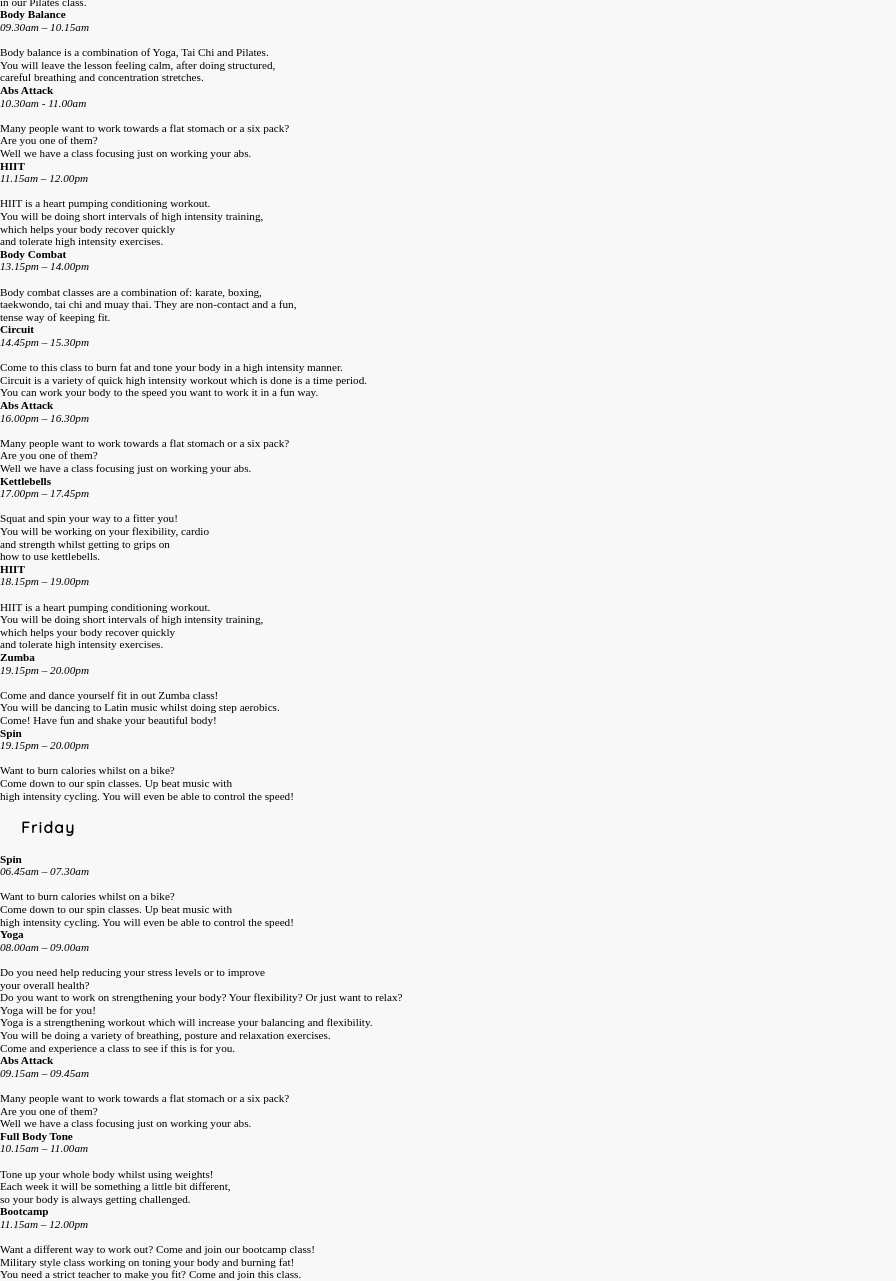
Repository: RicardoAzuul/the_fitness_hub
Page: full_class_details.html
The author's editor kept a record of every edit. The page is drawn from the files as they stood at one moment, then again after the next edit.
The browser window is 1280 px wide. The pictures show the part of the page from y = 4536 to 6456 px (the page is 6366 px tall before and 6456 px after), at 70% of full size.
Some web fonts or font styles are not loaded; a fallback is used.

Above is the page before.

### full_class_details.html
<!DOCTYPE html>
<html>
    <head>
        <meta charset="UTF-8">
        <meta name="viewport" content="width=device-width, initial-scale=1.0">
        <meta http-equiv="X-UA-Compatible" content="ie=edge">
        <title>The Fitness Hub</title>
        <link rel="stylesheet" href="https://cdnjs.cloudflare.com/ajax/libs/font-awesome/4.7.0/css/font-awesome.min.css">
        <link rel="stylesheet" href="css/style.css" type="text/css">
        <link href="https://fonts.googleapis.com/css?family=Livvic&display=swap" rel="stylesheet">
        <link href="https://fonts.googleapis.com/css?family=Quicksand&display=swap" rel="stylesheet">
        <link href="https://fonts.googleapis.com/css?family=Turret+Road&display=swap" rel="stylesheet">
    </head>
    <body>
      <h2 class="full_title"> Full Class Timetable!</h2>


      <h3 class="day">Monday</h3>
      <div class="table_structure">
      <div class="full_class">
          <b>Pilates</b><br>
          <em>06.15am – 07.15am</em><br><br>
          Tone the body and mind by using<br>
          controlled movement and breathing exercises<br>
          in our Pilates class.
      </div>

      <div class="full_class">
          <b>Body Balance</b><br>
          <em>07.45am – 08.30am</em><br><br>
          Body balance is a combination of Yoga, Tai Chi and Pilates.<br>
         You will leave the lesson feeling calm, after doing structured,<br>
         careful breathing and concentration stretches.
      </div>

        <div class="full_class">
          <b>HIIT</b><br>
          <em>09.00am – 09.45am</em><br><br>
          HIIT is a heart pumping conditioning workout.<br>
          You will be doing short intervals of high intensity training,<br>
          which helps your body recover quickly<br>
          and tolerate high intensity exercises.
        </div>

        <div class="full_class">
          <b>Spin</b><br>
          <em>10.15am – 11.00am</em><br><br>
         Want to burn calories whilst on a bike?<br>
         Come down to our spin classes. Up beat music with<br>
         high intensity cycling. You will even be able to control the speed!
        </div>

        <div class="full_class">
          <b>Body Combat</b><br>
          <em>11.10am – 11.55am</em><br><br>
          Body combat classes are a combination of: karate, boxing,<br>
          taekwondo, tai chi and muay thai. They are non-contact and a fun,<br>
          tense way of keeping fit.
        </div>

        <div class="full_class">
          <b>Kettlebells</b><br>
          <em>12.00pm – 12.45pm</em><br><br>
          Squat and spin your way to a fitter you!<br>
          You will be working on your flexibility, cardio<br>
          and strength whilst getting to grips on<br>
          how to use kettlebells.<br>
        </div>

        <div class="full_class_2">
          <b>Yoga</b><br>
          <em>14.00pm – 15.00pm</em><br><br>
          Do you need help reducing your stress levels or to improve<br>
          your overall health?<br>
          Do you want to work on strengthening your body? Your flexibility? Or just want to relax?<br>
          Yoga will be for you!<br>
          Yoga is a strengthening workout which will increase your balancing and flexibility.<br>
          You will be doing a variety of breathing, posture and relaxation exercises.<br>
          Come and experience a class to see if this is for you.
          </div>

          <div class="full_class">
          <b>Full Body Tone</b><br>
          <em>15.05pm – 15.50pm</em><br><br>
          Tone up your whole body whilst using weights!<br>
          Each week it will be something a little bit different,<br>
          so your body is always getting challenged.
          </div>

          <div class="full_class">
          <b>Body Combat</b><br>
          <em>16.00pm – 16.45pm</em><br><br>
          Body combat classes are a combination of: karate, boxing,<br>
          taekwondo, tai chi and muay thai. They are non-contact and a fun,<br>
          tense way of keeping fit.
          </div>

          <div class="full_class">
          <b>Abs Attack</b><br>
          <em>17.30pm – 18.00pm</em><br><br>
          Many people want to work towards a flat stomach or a six pack?<br>
          Are you one of them?<br>
          Well we have a class focusing just on working your abs.<br>
          </div>

          <div class="full_class">
          <b>Spin</b><br>
          <em>18.30pm – 19.15pm</em><br><br>
         Want to burn calories whilst on a bike?<br>
         Come down to our spin classes. Up beat music with<br>
         high intensity cycling. You will even be able to control the speed!
        </div>

        <div class="full_class">
          <b>Zumba</b><br>
          <em>19.30pm – 20.15pm</em><br><br>
         Come and dance yourself fit in out Zumba class!<br>
         You will be dancing to Latin music whilst doing step aerobics.<br>
         Come! Have fun and shake your beautiful body!<br>
       </div>
      </div>

      <h3 class="day">Tuesday</h3>
      <div class="table_structure">
      <div class="full_class">
          <b>Bootcamp</b><br>
          <em>06.30am – 07.15am</em><br><br>
         Want a different way to work out? Come and join our bootcamp class!<br>
         Military style class working on toning your body and burning fat!<br>
         You need a strict teacher to make you fit? Come and join this class.<br>
       </div>

       <div class="full_class">
          <b>HIIT</b><br>
          <em>09.00am – 09.45am</em><br><br>
          HIIT is a heart pumping conditioning workout.<br>
          You will be doing short intervals of high intensity training,<br>
          which helps your body recover quickly<br>
          and tolerate high intensity exercises.
        </div>

        <div class="full_class">
          <b>Pilates</b><br>
          <em>10.15am – 11.00am</em><br><br>
          Tone the body and mind by using<br>
          controlled movement and breathing exercises<br>
          in our Pilates class.
      </div>

      <div class="full_class_3">
          <b>LBT</b><br>
          <em>11.15am – 12.00pm</em><br><br>
          Working on your legs, bum and tum seems to be very popular these days,<br>
          so we have decided to do a class where you can work all three!<br>
           I know who wouldn’t love this!<br>
           Come to our class to have fun whilst working on your legs,<br>
           booty and tum!<br>
       </div>

       <div class="full_class">
          <b>Body Pump</b><br>
          <em>13.00pm – 13.45pm</em><br><br>
           Do you want to gain strength, burn fat and tone up?<br>
           Come and join our body pump classes!<br>
           You will be working out in a fast upbeat class whilst using weights.<br>
       </div>

       <div class="full_class">
          <b>Full Body Tone</b><br>
          <em>14.00pm – 14.45pm</em><br><br>
          Tone up your whole body whilst using weights!<br>
          Each week it will be something a little bit different,<br>
          so your body is always getting challenged.
          </div>

          <div class="full_class">
          <b>Zumba</b><br>
          <em>15.00pm – 15.45pm</em><br><br>
         Come and dance yourself fit in out Zumba class!<br>
         You will be dancing to Latin music whilst doing step aerobics.<br>
         Come! Have fun and shake your beautiful body!<br>
       </div>

       <div class="full_class">
          <b>Body Balance</b><br>
          <em>16.00pm – 16.45pm</em><br><br>
          Body balance is a combination of Yoga, Tai Chi and Pilates.<br>
         You will leave the lesson feeling calm, after doing structured,<br>
         careful breathing and concentration stretches.
      </div>

      <div class="full_class_3">
          <b>LBT</b><br>
          <em>17.15pm – 18.00pm</em><br><br>
          Working on your legs, bum and tum seems to be very popular these days,<br>
          so we have decided to do a class where you can work all three!<br>
           I know who wouldn’t love this!<br>
           Come to our class to have fun whilst working on your legs,<br>
           booty and tum!<br>
       </div>

       <div class="full_class">
          <b>Body Attack</b><br>
          <em>18.15pm – 19.00pm</em><br><br>
          Come to our whole body workout to burn calories and tone you into shape!<br>
          This will improve your stamina as well as your coordination.
       </div>

       <div class="full_class">
          <b>Spin</b><br>
          <em>19.15pm – 20.00pm</em><br><br>
         Want to burn calories whilst on a bike?<br>
         Come down to our spin classes. Up beat music with<br>
         high intensity cycling. You will even be able to control the speed!
        </div>
        </div>

        <h3 class="day">Wednesday</h3>
        <div class="table_structure">
          <div class="full_class_2">
          <b>Yoga</b><br>
          <em>06.15am – 07.15am</em><br><br>
          Do you need help reducing your stress levels or to improve<br>
          your overall health?<br>
          Do you want to work on strengthening your body? Your flexibility? Or just want to relax?<br>
          Yoga will be for you!<br>
          Yoga is a strengthening workout which will increase your balancing and flexibility.<br>
          You will be doing a variety of breathing, posture and relaxation exercises.<br>
          Come and experience a class to see if this is for you.
          </div>

          <div class="full_class">
          <b>Body Pump</b><br>
          <em>07.30am – 08.15am</em><br><br>
           Do you want to gain strength, burn fat and tone up?<br>
           Come and join our body pump classes!<br>
           You will be working out in a fast upbeat class whilst using weights.<br>
       </div>

       <div class="full_class">
          <b>Bootcamp</b><br>
          <em>08.45am – 09.30am</em><br><br>
         Want a different way to work out? Come and join our bootcamp class!<br>
         Military style class working on toning your body and burning fat!<br>
         You need a strict teacher to make you fit? Come and join this class.<br>
       </div>

       <div class="full_class">
          <b>Body Attack</b><br>
          <em>10.30am – 11.15am</em><br><br>
          Come to our whole body workout to burn calories and tone you into shape!<br>
          This will improve your stamina as well as your coordination.
       </div>

       <div class="full_class">
          <b>Circuit</b><br>
          <em>11.30am – 12.15pm</em><br><br>
          Come to this class to burn fat and tone your body in a high intensity manner.<br>
          Circuit is a variety of quick high intensity workout which is done is a time period.<br>
          You can work your body to the speed you want to work it in a fun way.
       </div>

       <div class="full_class">
          <b>Full Body Tone</b><br>
          <em>13.00pm – 13.45pm</em><br><br>
          Tone up your whole body whilst using weights!<br>
          Each week it will be something a little bit different,<br>
          so your body is always getting challenged.
          </div>

          <div class="full_class_3">
          <b>LBT</b><br>
          <em>14.15pm – 15.00pm</em><br><br>
          Working on your legs, bum and tum seems to be very popular these days,<br>
          so we have decided to do a class where you can work all three!<br>
           I know who wouldn’t love this!<br>
           Come to our class to have fun whilst working on your legs,<br>
           booty and tum!<br>
       </div>

       <div class="full_class">
          <b>Pilates</b><br>
          <em>16.30pm – 17.15pm</em><br><br>
          Tone the body and mind by using<br>
          controlled movement and breathing exercises<br>
          in our Pilates class.
      </div>

      <div class="full_class">
          <b>Bootcamp</b><br>
          <em>17.45pm – 18.15pm</em><br><br>
         Want a different way to work out? Come and join our bootcamp class!<br>
         Military style class working on toning your body and burning fat!<br>
         You need a strict teacher to make you fit? Come and join this class.<br>
       </div>

       <div class="full_class_3">
          <b>Clubbercise</b><br>
          <em>18.30pm – 19.15pm</em><br><br>
         Want to burn calories in a fun way? Come to our clubbercise class!<br>
         It is a dance aerobic session in the dark! But wait for it…<br>
         You also get glow sticks!<br>
         Burning calories, whilst dancing feeling like you’re on a night out!<br>
         I know who doesn’t want to try this class!<br>
      </div>

      <div class="full_class">
          <b>Zumba</b><br>
          <em>19.30pm – 20.15pm</em><br><br>
         Come and dance yourself fit in out Zumba class!<br>
         You will be dancing to Latin music whilst doing step aerobics.<br>
         Come! Have fun and shake your beautiful body!<br>
       </div>
       </div>

       <h3 class="day">Thursday</h3>
       <div class="table_structure">
         <div class="full_class">
          <b>Circuit</b><br>
          <em>06.30am – 07.15am</em><br><br>
          Come to this class to burn fat and tone your body in a high intensity manner.<br>
          Circuit is a variety of quick high intensity workout which is done is a time period.<br>
          You can work your body to the speed you want to work it in a fun way.
       </div>

       <div class="full_class">
          <b>Pilates</b><br>
          <em>07.30am – 08.30am</em><br><br>
          Tone the body and mind by using<br>
          controlled movement and breathing exercises<br>
          in our Pilates class.
      </div>

      <div class="full_class">
          <b>Body Balance</b><br>
          <em>09.30am – 10.15am</em><br><br>
          Body balance is a combination of Yoga, Tai Chi and Pilates.<br>
         You will leave the lesson feeling calm, after doing structured,<br>
         careful breathing and concentration stretches.
      </div>

      <div class="full_class">
          <b>Abs Attack</b><br>
          <em>10.30am - 11.00am</em><br><br>
          Many people want to work towards a flat stomach or a six pack?<br>
          Are you one of them?<br>
          Well we have a class focusing just on working your abs.<br>
          </div>

          <div class="full_class">
          <b>HIIT</b><br>
          <em>11.15am – 12.00pm</em><br><br>
          HIIT is a heart pumping conditioning workout.<br>
          You will be doing short intervals of high intensity training,<br>
          which helps your body recover quickly<br>
          and tolerate high intensity exercises.
        </div>

        <div class="full_class">
          <b>Body Combat</b><br>
          <em>13.15pm – 14.00pm</em><br><br>
          Body combat classes are a combination of: karate, boxing,<br>
          taekwondo, tai chi and muay thai. They are non-contact and a fun,<br>
          tense way of keeping fit.
          </div>

          <div class="full_class">
          <b>Circuit</b><br>
          <em>14.45pm – 15.30pm</em><br><br>
          Come to this class to burn fat and tone your body in a high intensity manner.<br>
          Circuit is a variety of quick high intensity workout which is done is a time period.<br>
          You can work your body to the speed you want to work it in a fun way.
       </div>

       <div class="full_class">
          <b>Abs Attack</b><br>
          <em>16.00pm – 16.30pm</em><br><br>
          Many people want to work towards a flat stomach or a six pack?<br>
          Are you one of them?<br>
          Well we have a class focusing just on working your abs.<br>
          </div>

          <div class="full_class">
          <b>Kettlebells</b><br>
          <em>17.00pm – 17.45pm</em><br><br>
          Squat and spin your way to a fitter you!<br>
          You will be working on your flexibility, cardio<br>
          and strength whilst getting to grips on<br>
          how to use kettlebells.<br>
        </div>

        <div class="full_class">
          <b>HIIT</b><br>
          <em>18.15pm – 19.00pm</em><br><br>
          HIIT is a heart pumping conditioning workout.<br>
          You will be doing short intervals of high intensity training,<br>
          which helps your body recover quickly<br>
          and tolerate high intensity exercises.
        </div>

        <div class="full_class">
          <b>Zumba</b><br>
          <em>19.15pm – 20.00pm</em><br><br>
         Come and dance yourself fit in out Zumba class!<br>
         You will be dancing to Latin music whilst doing step aerobics.<br>
         Come! Have fun and shake your beautiful body!<br>
       </div>

       <div class="full_class">
          <b>Spin</b><br>
          <em>19.15pm – 20.00pm</em><br><br>
         Want to burn calories whilst on a bike?<br>
         Come down to our spin classes. Up beat music with<br>
         high intensity cycling. You will even be able to control the speed!
        </div>
       </div>

       <h3 class="day">Friday</h3>
       <div class="table_structure">
           <div class="full_class">
          <b>Spin</b><br>
          <em>06.45am – 07.30am</em><br><br>
         Want to burn calories whilst on a bike?<br>
         Come down to our spin classes. Up beat music with<br>
         high intensity cycling. You will even be able to control the speed!
        </div>

        <div class="full_class_2">
          <b>Yoga</b><br>
          <em>08.00am – 09.00am</em><br><br>
          Do you need help reducing your stress levels or to improve<br>
          your overall health?<br>
          Do you want to work on strengthening your body? Your flexibility? Or just want to relax?<br>
          Yoga will be for you!<br>
          Yoga is a strengthening workout which will increase your balancing and flexibility.<br>
          You will be doing a variety of breathing, posture and relaxation exercises.<br>
          Come and experience a class to see if this is for you.
          </div>

          <div class="full_class">
          <b>Abs Attack</b><br>
          <em>09.15am – 09.45am</em><br><br>
          Many people want to work towards a flat stomach or a six pack?<br>
          Are you one of them?<br>
          Well we have a class focusing just on working your abs.<br>
          </div>

          <div class="full_class">
          <b>Full Body Tone</b><br>
          <em>10.15am – 11.00am</em><br><br>
          Tone up your whole body whilst using weights!<br>
          Each week it will be something a little bit different,<br>
          so your body is always getting challenged.
          </div>

          <div class="full_class">
          <b>Bootcamp</b><br>
          <em>11.15am – 12.00pm</em><br><br>
         Want a different way to work out? Come and join our bootcamp class!<br>
         Military style class working on toning your body and burning fat!<br>
         You need a strict teacher to make you fit? Come and join this class.<br>
       </div>
       </div>
    </body>
</html>

Loaded but not shown: css/style.css (1271 lines, source omitted)

After the next edit:
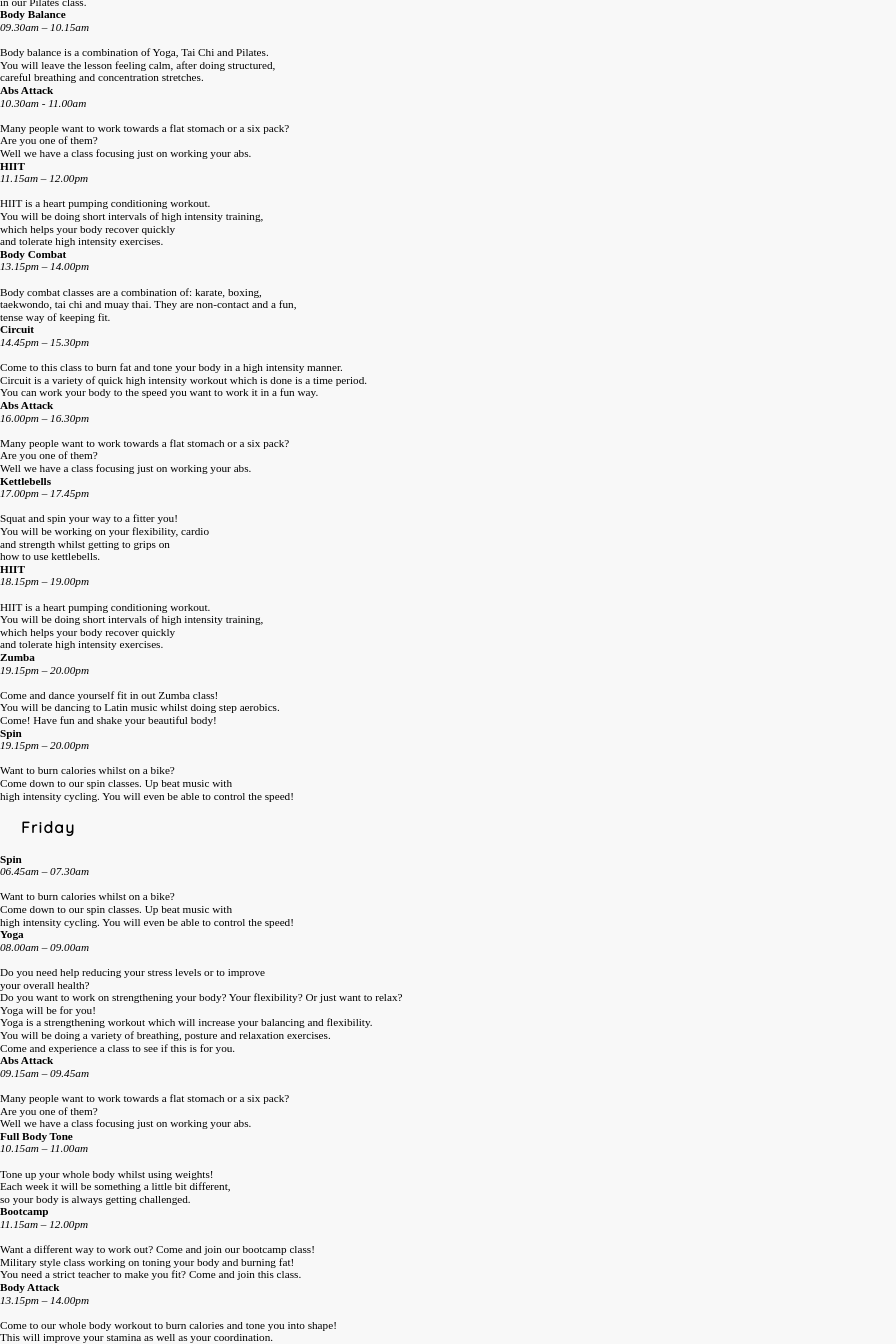
The edit:
--- a/full_class_details.html
+++ b/full_class_details.html
@@ -460,6 +460,13 @@
          Military style class working on toning your body and burning fat!<br>
          You need a strict teacher to make you fit? Come and join this class.<br>
        </div>
+
+       <div class="full_class">
+          <b>Body Attack</b><br>
+          <em>13.15pm – 14.00pm</em><br><br>
+          Come to our whole body workout to burn calories and tone you into shape!<br>
+          This will improve your stamina as well as your coordination.
+       </div>
        </div>
     </body>
 </html>
